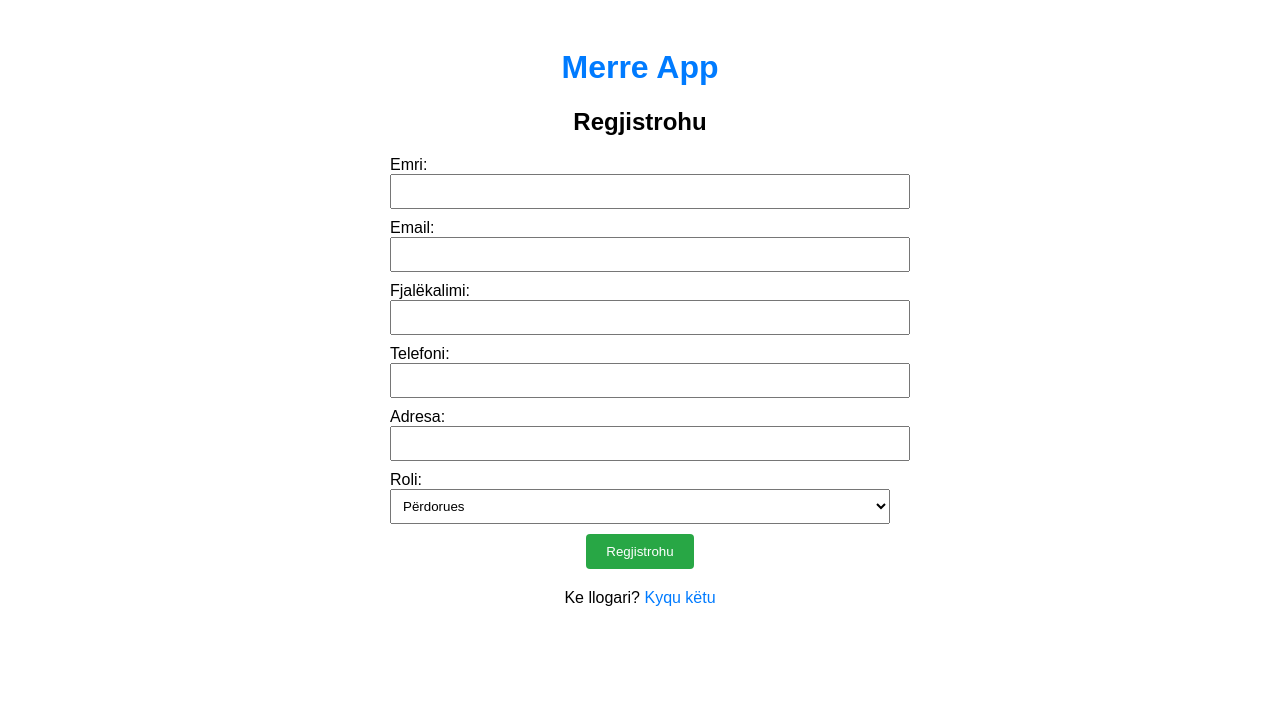
Repository: EPllana/merre
Page: /register (app in my-app/)
An editor plug-in stored every save of this project. The page is shown before and after the next save, followed by the edit.
The browser window is 1280 px wide. The pictures show the whole page.
The project was rebuilt for these pictures with package versions that can differ from the ones it lists, and the page was loaded fresh each time. Also part of the build but not shown: my-app/vite.config.js, my-app/src/pages/Login.jsx.

Above is the page before, as saved 2025-07-29 00:10:45.

After the next save:
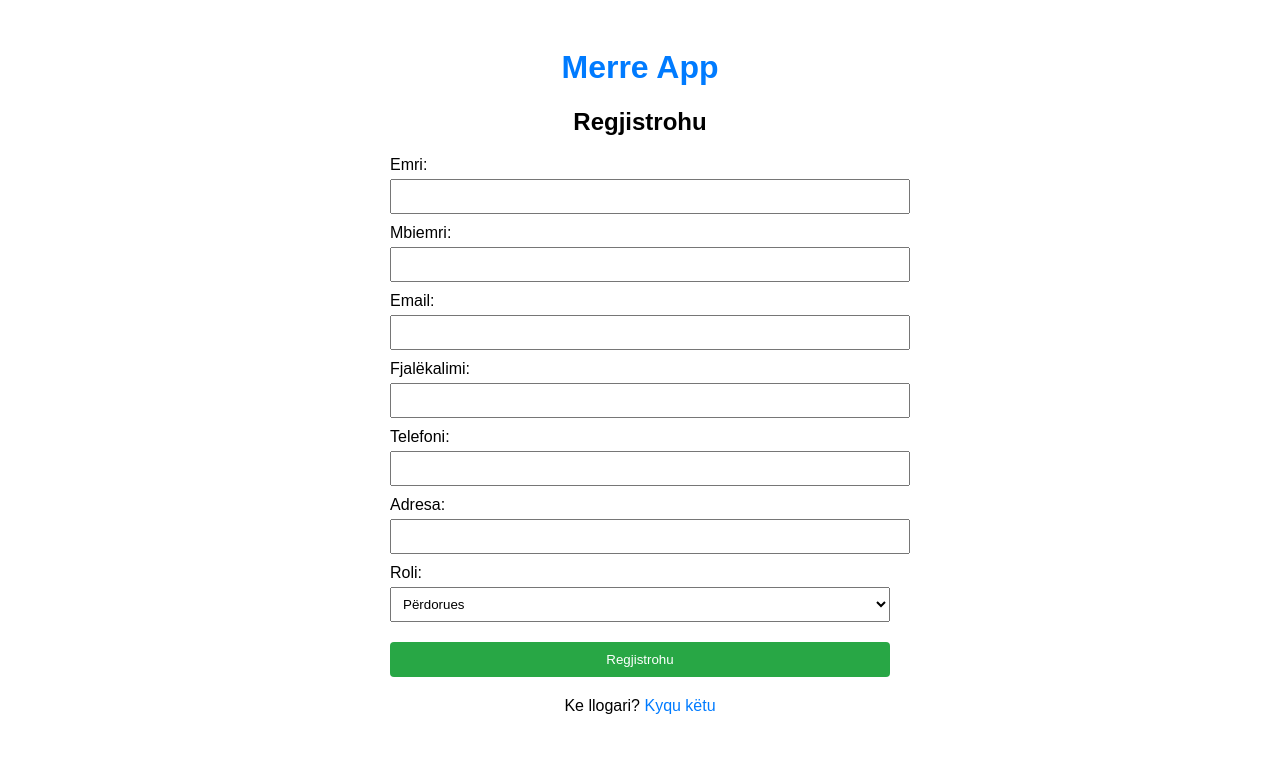
Saved 7 min 25 s later.
--- a/my-app/src/pages/Register.jsx
+++ b/my-app/src/pages/Register.jsx
@@ -1,10 +1,12 @@
 // src/pages/Register.jsx
 import React, { useState } from 'react';
+import { useNavigate } from 'react-router-dom';
 import axios from 'axios';
 
 const Register = () => {
   const [formData, setFormData] = useState({
     name: '',
+    surname: '',      // 👈 shtuar
     email: '',
     password: '',
     phone: '',
@@ -13,6 +15,7 @@ const Register = () => {
   });
   const [message, setMessage] = useState('');
   const [error, setError] = useState('');
+  const navigate = useNavigate(); // për ridrejtim pas regjistrimi
 
   const handleChange = (e) => {
     setFormData({
@@ -28,18 +31,26 @@ const Register = () => {
       setMessage('Regjistrimi u krye me sukses!');
       setError('');
       console.log('User i krijuar:', res.data.user);
+
+      // Ridrejto në login pas 2 sekondash
+      setTimeout(() => {
+        navigate('/login');
+      }, 2000);
     } catch (err) {
-      setError(err.response?.data?.message || 'Regjistrimi dështoi');
+      const errorMsg = err.response?.data?.message || 'Regjistrimi dështoi';
+      setError(errorMsg);
       setMessage('');
     }
   };
 
   return (
-    <div style={{ maxWidth: '500px', margin: '0 auto', textAlign: 'center' }}>
+    <div style={{ maxWidth: '500px', margin: '0 auto', textAlign: 'center', fontFamily: 'Arial, sans-serif' }}>
       <h2>Regjistrohu</h2>
       {error && <p style={{ color: 'red' }}>{error}</p>}
       {message && <p style={{ color: 'green' }}>{message}</p>}
+
       <form onSubmit={handleSubmit}>
+        {/* Emri */}
         <div style={{ marginBottom: '10px', textAlign: 'left' }}>
           <label>Emri:</label>
           <input
@@ -47,10 +58,25 @@ const Register = () => {
             name="name"
             value={formData.name}
             onChange={handleChange}
-            style={{ width: '100%', padding: '8px' }}
+            style={{ width: '100%', padding: '8px', marginTop: '5px' }}
             required
           />
         </div>
+
+        {/* Mbiemri */}
+        <div style={{ marginBottom: '10px', textAlign: 'left' }}>
+          <label>Mbiemri:</label>
+          <input
+            type="text"
+            name="surname"
+            value={formData.surname}
+            onChange={handleChange}
+            style={{ width: '100%', padding: '8px', marginTop: '5px' }}
+            required  // sepse backend-i kërkon
+          />
+        </div>
+
+        {/* Email */}
         <div style={{ marginBottom: '10px', textAlign: 'left' }}>
           <label>Email:</label>
           <input
@@ -58,10 +84,12 @@ const Register = () => {
             name="email"
             value={formData.email}
             onChange={handleChange}
-            style={{ width: '100%', padding: '8px' }}
+            style={{ width: '100%', padding: '8px', marginTop: '5px' }}
             required
           />
         </div>
+
+        {/* Fjalëkalimi */}
         <div style={{ marginBottom: '10px', textAlign: 'left' }}>
           <label>Fjalëkalimi:</label>
           <input
@@ -69,11 +97,13 @@ const Register = () => {
             name="password"
             value={formData.password}
             onChange={handleChange}
-            style={{ width: '100%', padding: '8px' }}
+            style={{ width: '100%', padding: '8px', marginTop: '5px' }}
             required
             minLength="6"
           />
         </div>
+
+        {/* Telefoni */}
         <div style={{ marginBottom: '10px', textAlign: 'left' }}>
           <label>Telefoni:</label>
           <input
@@ -81,9 +111,11 @@ const Register = () => {
             name="phone"
             value={formData.phone}
             onChange={handleChange}
-            style={{ width: '100%', padding: '8px' }}
+            style={{ width: '100%', padding: '8px', marginTop: '5px' }}
           />
         </div>
+
+        {/* Adresa */}
         <div style={{ marginBottom: '10px', textAlign: 'left' }}>
           <label>Adresa:</label>
           <input
@@ -91,16 +123,25 @@ const Register = () => {
             name="address"
             value={formData.address}
             onChange={handleChange}
-            style={{ width: '100%', padding: '8px' }}
+            style={{ width: '100%', padding: '8px', marginTop: '5px' }}
           />
         </div>
+
+        {/* Roli */}
         <div style={{ marginBottom: '10px', textAlign: 'left' }}>
           <label>Roli:</label>
-          <select name="role" value={formData.role} onChange={handleChange} style={{ width: '100%', padding: '8px' }}>
+          <select
+            name="role"
+            value={formData.role}
+            onChange={handleChange}
+            style={{ width: '100%', padding: '8px', marginTop: '5px' }}
+          >
             <option value="user">Përdorues</option>
             <option value="worker">Punonjës</option>
           </select>
         </div>
+
+        {/* Butoni */}
         <button
           type="submit"
           style={{
@@ -110,11 +151,14 @@ const Register = () => {
             border: 'none',
             borderRadius: '4px',
             cursor: 'pointer',
+            marginTop: '10px',
+            width: '100%'
           }}
         >
           Regjistrohu
         </button>
       </form>
+
       <p style={{ marginTop: '20px' }}>
         Ke llogari?{' '}
         <a href="/login" style={{ color: '#007bff' }}>
